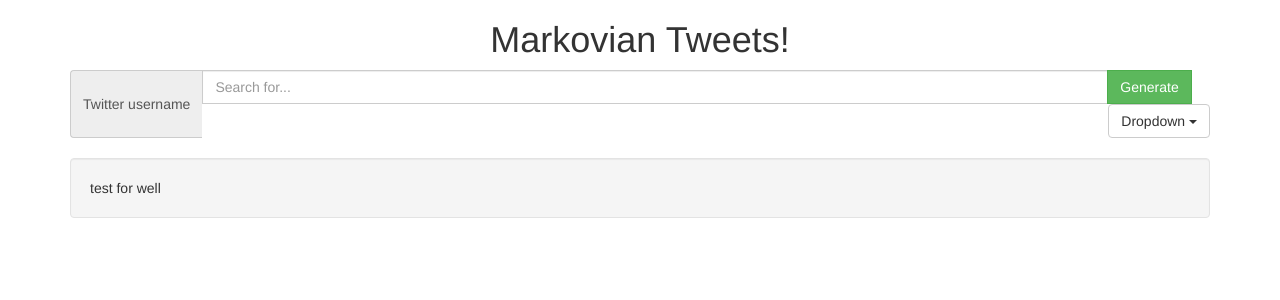
Repository: YeWang0/Markovian-tweets
Page: Markovian-tweets-V1/web/index.html
The author's editor kept a record of every edit. The page is drawn from the files as they stood at one moment, then again after the next edit.
The browser window is 1280 px wide. The pictures show the whole page.

Above is the page before.

After the next edit:
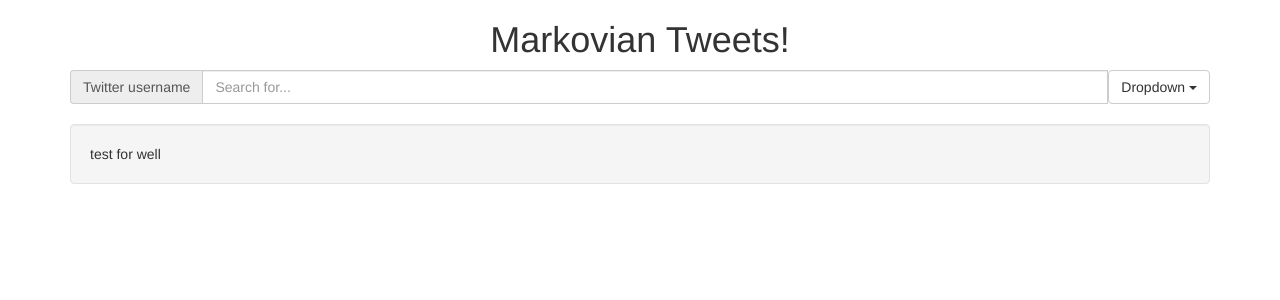
The edit:
--- a/Markovian-tweets-V1/web/index.html
+++ b/Markovian-tweets-V1/web/index.html
@@ -21,7 +21,7 @@
 		      <span class="input-group-addon" id="sizing-addon2">Twitter username</span>
 		      <input type="text" class="form-control" placeholder="Search for..." id = "username">
 		      <span class="input-group-btn">
-		        <button class="btn btn-success" type="button">Generate</button>
+		        <!--<button class="btn btn-success" type="button">Generate</button>-->
 
 		      <div class="dropdown">
 				  <button class="btn btn-default dropdown-toggle" type="button" id="dropdownMenu1" data-toggle="dropdown" aria-haspopup="true" aria-expanded="true">
